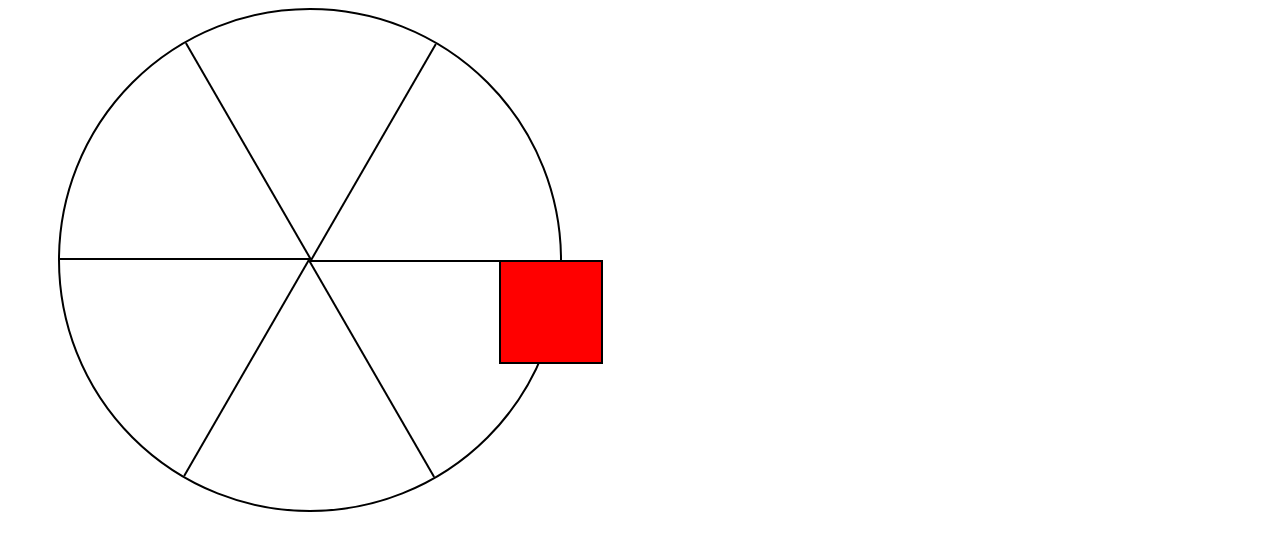
Repository: Lungdjos/ferris_wheel
Page: index.html
These files come from the project's save history. The page is drawn as it stood at one moment and after the next save; the edit follows.
The browser window is 1280 px wide. The pictures show the whole page.

Above is the page before, as saved 2024-01-11 09:19:37.

### index.html
<!DOCTYPE html>
<html lang="en">

<head>
    <meta charset="UTF-8">
    <meta name="viewport" content="width=device-width, initial-scale=1.0">
    <title>Ferris Wheel</title>
    <link rel="stylesheet" href="./styles.css">
</head>

<body>
    <div class="wheel">
        <span class="line"></span>
        <span class="line"></span>
        <span class="line"></span>
        <span class="line"></span>
        <span class="line"></span>
        <span class="line"></span>
        <div class="cabin"></div>
        <div class="cabin"></div>
        <div class="cabin"></div>
        <div class="cabin"></div>
        <div class="cabin"></div>
        <div class="cabin"></div>
    </div>

</body>

</html>

### styles.css
/* styling for the wheel */

.wheel {
    border: 2px solid black;
    border-radius: 50%;
    margin-left: 50px;
    position: absolute;
    height: 55vw;
    width: 55vw;
    max-width: 500px;
    max-height: 500px;
}


/* styling for the line */

.line {
    background-color: black;
    height: 2px;
    width: 50%;
    top: 50%;
    left: 50%;
    position: absolute;
    transform-origin: 0% 0%;
}

.line:nth-of-type(2) {
    transform: rotate(60deg);
}

.line:nth-of-type(3) {
    transform: rotate(120deg);
}

.line:nth-of-type(4) {
    transform: rotate(180deg);
}

.line:nth-of-type(5) {
    transform: rotate(240deg);
}

.line:nth-of-type(6) {
    transform: rotate(-60deg);
}


/* styling for the cabin */

.cabin {
    background-color: red;
    width: 20%;
    height: 20%;
    border: 2px solid;
    position: absolute;
    transform-origin: 50% 0%;
}

.cabin:nth-of-type(1) {
    right: -8.5%;
    top: 50%;
}

.cabin:nth-of-type(2) {
    right: 175%;
    top: 50%;
}

.cabin:nth-of-type(3) {
    right: -8.5%;
    top: 50%;
}

.cabin:nth-of-type(4) {
    right: -8.5%;
    top: 50%;
}

.cabin:nth-of-type(5) {
    right: -8.5%;
    top: 50%;
}

.cabin:nth-of-type(6) {
    right: -8.5%;
    top: 50%;
}

After the next save:
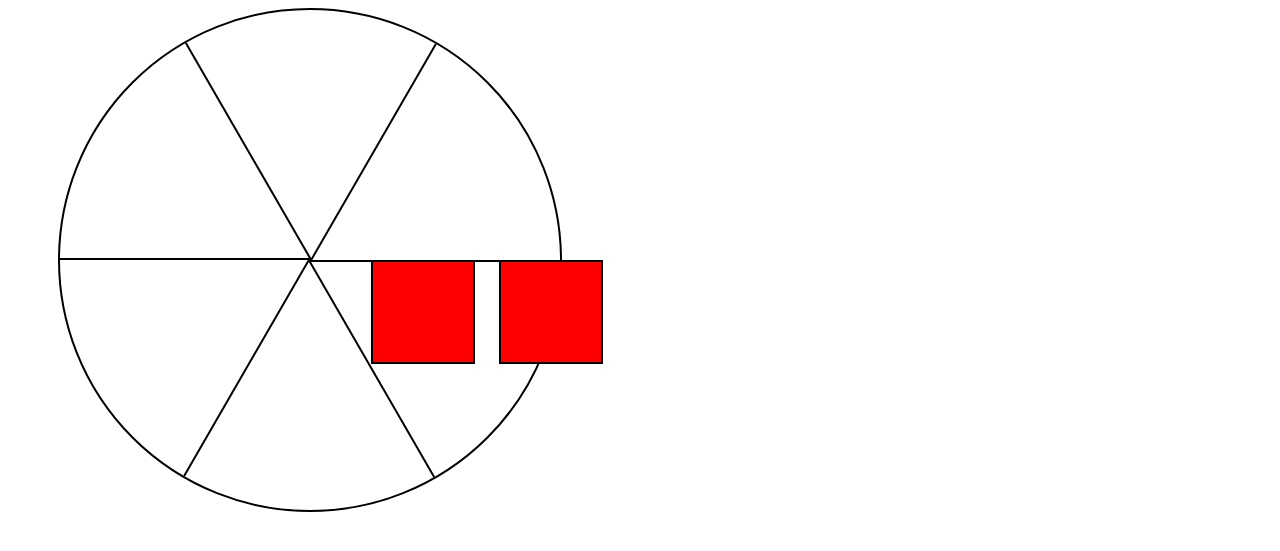
Saved 4 s later.
--- a/styles.css
+++ b/styles.css
@@ -62,7 +62,7 @@
 }
 
 .cabin:nth-of-type(2) {
-    right: 175%;
+    right: 17%;
     top: 50%;
 }
 
